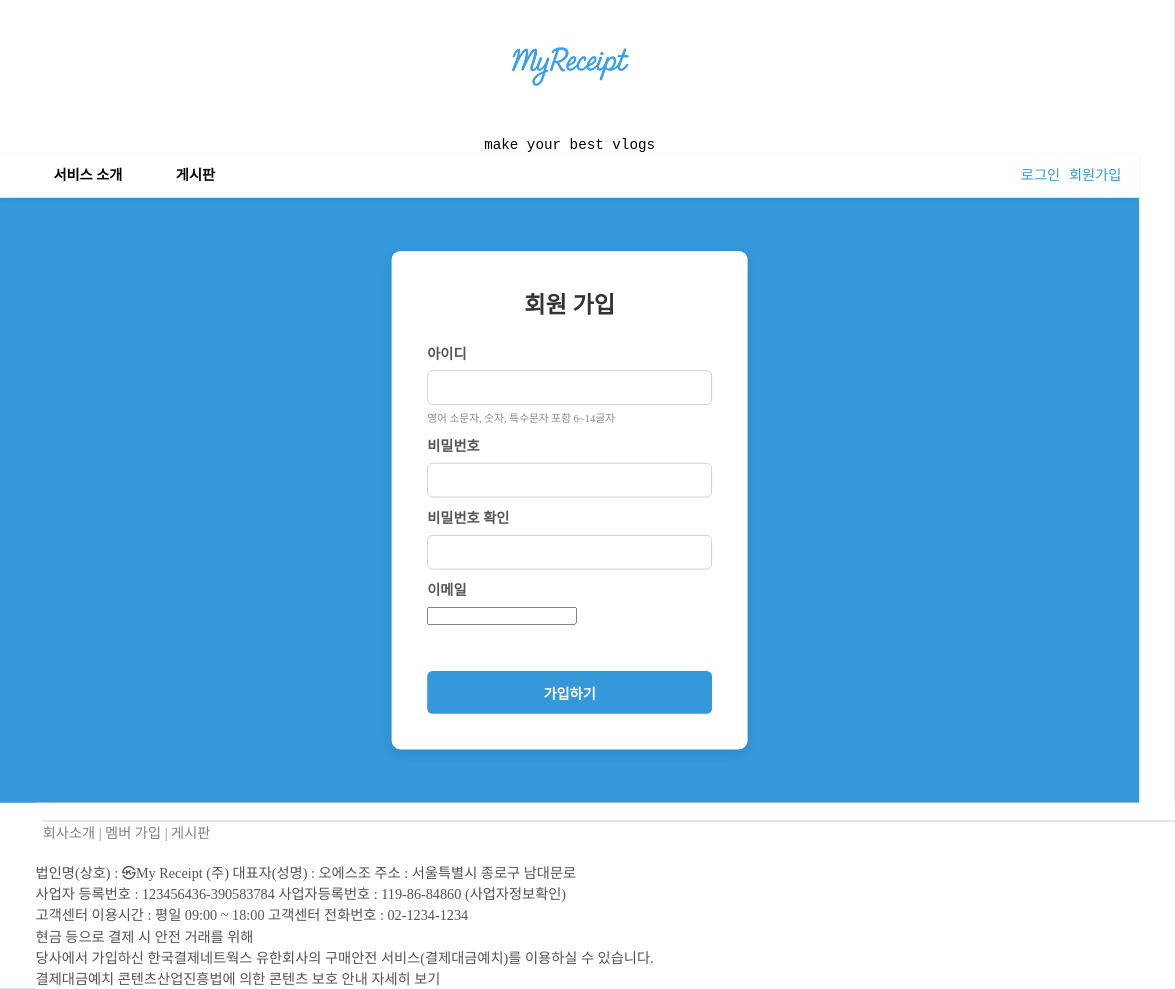
Repository: shong69/mini-project
Page: http://localhost/myReceipt2/signup
The author's editor kept a copy of each file at every save. The page is drawn from the files as they stood at one save, then again after the next save.
The browser window is 1280 px wide. The page is 1320 px wide, so the pictures cover 1320 px, including what lies to the right of the window. The pictures show the whole page, at 89% of full size.
Some web fonts or font styles are not loaded; a fallback is used. The page is served by Tomcat 10. Other server files are loaded and not shown.

Above is the page before, as saved 2025-05-06 21:05:41.

### jspProject/myReceipt2/src/main/webapp/WEB-INF/views/sign.jsp
<%@ page language="java" contentType="text/html; charset=UTF-8"
    pageEncoding="UTF-8"%>
<!DOCTYPE html>
<html>
<head>
<meta charset="UTF-8">
<title>Sign up</title>
<link rel="stylesheet" type="text/css" href="resources/css/main.css">
<style>
/* 전체 폼 컨테이너 스타일 */
.signup-form {
    width: 100%;
    max-width: 400px;
    margin: 60px auto;
    padding: 40px;
    background-color: #fff;
    border-radius: 10px;
    box-shadow: 0 4px 12px rgba(0, 0, 0, 0.1);
    box-sizing: border-box;
    font-family: 'Segoe UI', sans-serif;
}

/* 제목 */
.signup-form h2 {
    font-size: 26px;
    margin-bottom: 25px;
    color: #333;
    text-align: center;
}

/* 라벨용 p 태그 */
.signup-form p {
    margin: 10px 0 5px;
    font-weight: bold;
    color: #555;
}

/* 입력창 */
.signup-form input[type="text"],
.signup-form input[type="password"]{
    width: 100%;
    padding: 10px;
    margin-top: 3px;
    border: 1px solid #ccc;
    border-radius: 6px;
    font-size: 15px;
    box-sizing: border-box;
    transition: border 0.3s;
}

.signup-form input:focus {
    border-color: #3498db;
    outline: none;
}

/* 메시지 출력용 span */
.signup-form span {
    display: block;
    margin-top: 5px;
    font-size: 12px;
    color: #888;
}

/* 메시지 강조 색 (비밀번호 불일치 등) */
#pwMessage, #nameMessage, #idMsg {
    font-size: 12px;
}

/* 버튼 스타일 */
.signup-form button {
    width: 100%;
    padding: 12px;
    margin-top: 25px;
    background-color: #3498db;
    color: white;
    border: none;
    border-radius: 6px;
    font-size: 16px;
    font-weight: bold;
    cursor: pointer;
    transition: background-color 0.3s;
}

.signup-form button:hover {
    background-color: #2980b9;
}

</style>
<script type="text/javascript" src="resources/js/jquery-3.1.1.min.js"></script>
<script>
$(function() {
    const idPattern = /^[a-z0-9!@#$%^&*]{6,14}$/;

    // 아이디 검사
    $('#inputId').on('keyup', function() {
        const id = $(this).val().trim();
        if (!idPattern.test(id)) {
            $('#idMsg').css('color', 'red').text("유효하지 않은 아이디입니다.");
        } else {
            $('#idMsg').css('color', 'green').text("사용 가능한 아이디입니다.");
        }
    });

    // 비밀번호 일치 검사
    $('#inputPw2').on('keyup', function() {
        const pw = $('#inputPw').val();
        const pw2 = $(this).val();
        if (pw !== pw2) {
            $('#pwMessage').css('color', 'red').text("비밀번호가 일치하지 않습니다.");
        } else {
            $('#pwMessage').css('color', 'green').text("비밀번호 일치!");
        }
    });

    // 이메일 패턴 확인
    const emailPattern = /^[^\s@]+@[^\s@]+\.[^\s@]+$/;
    $('#inputEmail').on('keyup', function() {
    	const email = $(this).val().trim();
        if (!emailPattern.test(email)) {
            $('#emailMessage').css('color', 'red').text("이메일 형식이 올바르지 않습니다.");
        } else {
            $('#emailMessage').css('color', 'green').text("올바른 이메일입니다.");
        }
    });

    // 최종 제출 시 한 번 더 확인
    $('.signup-form').on('submit', function(e) {
        if (
            !idPattern.test($('#inputId').val().trim()) ||
            $('#inputPw').val() !== $('#inputPw2').val() ||
            !emailPattern.test($('#inputEmail').val().trim())
        ) {
            alert("입력값을 다시 확인해주세요.");
            e.preventDefault();
        }
    });
});
</script>
</head>
<body>
	<jsp:include page="/WEB-INF/views/common/header.jsp"></jsp:include>
	<main>
		<form action= "/signup" method="post" class="signup-form">
			<h2>회원 가입</h2>
			<p>아이디</p>
			<input type="text" name="inputId" id="inputId" autocomplete="off" required>
			<span id="idMsg">영어 소문자, 숫자, 특수문자 포함 6~14글자</span>

			<p>비밀번호</p>
			<input type="password" name="inputPw" id="inputPw" required>

			<p>비밀번호 확인</p>
			<input type="password" name="inputPw2" id="inputPw2" required>
			<span id="pwMessage"></span>

			<p>이메일</p>
			<input type="email" name="inputEmail" id="inputEmail" required>
			<span id="emailMessage"></span>
			<br>

			<button>가입하기</button>

		</form>
	</main>
	<jsp:include page="/WEB-INF/views/common/footer.jsp"></jsp:include>
</body>
</html>

### jspProject/myReceipt2/src/main/webapp/WEB-INF/views/common/header.jsp
<%@ page language="java" contentType="text/html; charset=UTF-8"
    pageEncoding="UTF-8"%>
<%@ taglib prefix="c" uri="http://java.sun.com/jsp/jstl/core" %>
	<div id="header">
		<a href="/myReceipt2/index"><img src="resources/imgs/logo.png" style="width:150px;"/></a>
		<p style="font-family: 'Courier New', Courier, monospace;">make your best vlogs</p>
	</div>
	<div id="nav-bar">
		<div id="menu">
			<a href="/myReceipt2/intro">서비스 소개</a>
			<a href="/myReceipt2/board">게시판</a>
		</div>
		<div id="loginSt">
			<c:choose>
				<c:when test="${not empty sessionScope.loginMember}">
					<p>${sessionScope.loginMember.nickName}님이 로그인 중</p>
					<a href="/myReceipt2/logout">로그아웃</a>

				</c:when>
				<c:otherwise>
					<a href="/myReceipt2/login">로그인</a>
					<a href="/myReceipt2/signup">회원가입</a>
				</c:otherwise>
			</c:choose>
		</div>

	</div>

### jspProject/myReceipt2/src/main/webapp/WEB-INF/views/common/footer.jsp
<%@ page language="java" contentType="text/html; charset=UTF-8"
    pageEncoding="UTF-8"%>
	<footer class="footer">
	    <section>
	        <div class="footer-nav">
	            <a href="/">회사소개 |</a>
	            <a href="/signup">멤버 가입 |</a>
	            <a href="/">게시판</a>
	        </div>
	    </section>
	    <section>
	        <div>
	            법인명(상호) : ㉿My Receipt (주) 대표자(성명) : 오에스조 주소 : 서울특별시 종로구 남대문로 <br>
	            사업자 등록번호 : 123456436-390583784  사업자등록번호 : 119-86-84860 (사업자정보확인)<br>
	            고객센터 이용시간 : 평일 09:00 ~ 18:00  고객센터 전화번호 : 02-1234-1234
	        </div>

	        <div>
	            현금 등으로 결제 시 안전 거래를 위해<br>
	            당사에서 가입하신 한국결제네트웍스 유한회사의 구매안전 서비스(결제대금예치)를 이용하실 수 있습니다.<br>
	            결제대금예치 콘텐츠산업진흥법에 의한 콘텐츠 보호 안내 자세히 보기
	        </div>
	    </section>
	</footer>

### jspProject/myReceipt2/src/main/java/com/project/jsp/controller/SignController.java
package com.project.jsp.controller;

import java.io.IOException;

import com.project.jsp.model.service.MemberService;

import jakarta.servlet.ServletException;
import jakarta.servlet.http.HttpServlet;
import jakarta.servlet.http.HttpServletRequest;
import jakarta.servlet.http.HttpServletResponse;

public class SignController extends HttpServlet{
	@Override
	protected void doGet(HttpServletRequest req, HttpServletResponse resp) throws ServletException, IOException {
		req.getRequestDispatcher("/WEB-INF/views/sign.jsp").forward(req, resp);
	}
	@Override
	protected void doPost(HttpServletRequest req, HttpServletResponse resp) throws ServletException, IOException {
		String nickName = req.getParameter("inputId");
		String pw = req.getParameter("inputPw");
		String email = req.getParameter("inputEmail");

		MemberService service = new MemberService();

		int result = service.signup(nickName, pw, email);

		if(result==1) {
			//성공
			resp.sendRedirect(req.getContextPath() + "/login");
		}else if(result==2) {
			//중복 실패
	        req.setAttribute("message", "아이디 또는 이메일이 이미 존재합니다.");
	        req.getRequestDispatcher("/WEB-INF/views/signup.jsp").forward(req, resp);
		}else {
			//실패
	        req.setAttribute("message", "회원가입에 실패했습니다. 다시 시도해주세요.");
	        req.getRequestDispatcher("/WEB-INF/views/signup.jsp").forward(req, resp);
		}

	}
}

### jspProject/myReceipt2/src/main/webapp/resources/css/main.css
* {
	box-sizing: border-box;
	padding: 0;
	margin: 0;
	font-family: 'main';
}
/* 메인 폰트 */
@font-face {
	font-family: 'main';
	src:
		url('https://fastly.jsdelivr.net/gh/Project-Noonnu/noonfonts_2107@1.1/Pretendard-Regular.woff')
		format('woff');
	font-style: normal;
	font-weight: 400;
}

/*header*/
#header {
	width: 100%;
	text-align: center;
}

#header>div:first-child {
	margin-bottom: 15px;
}

#nav-bar {
	line-height: 50px;
	height: 50px;
	position: sticky;
	top: 0;
	left: 0;
	background-color: white;
	z-index: 1000;
	box-shadow: 0 2px 5px rgba(0, 0, 0, 0.1);
	display:flex;
	flex-direction:row;
}

#loginSt {
	margin-left:auto;
	margin-right:20px;
	display:flex;
	flex-direction:row;
}

#loginSt a {
	margin-left: 10px;
	color: #3498db;
	text-decoration: none;
}

#menu {
	margin-left:40px;
	display: flex;
	gap: 20px;
}

#menu a {
	text-decoration: none;
	color: black;
	font-weight: bold;
	padding: 0 20px;
	border-radius:15px;
	position: relative;
	overflow: hidden;
	transition: background-color 0.5s ease;
}

#menu a:hover {
	background-color: #335085;
	animation-duration: 2s;
	color: whitesmoke;
}

main {
	background-color: #3498db;
	display: flex;
	flex-direction: column;
	align-items: center;
	min-height:500px;
}

.section-title {
	font-size: 3.5rem;
	margin: 100px 0 70px 0;
}

#carousel {
	width: 90%;
	height: 300px;
	background-color: #ddd;
	margin-top: 20px;
}
/*footer*/
.footer {
	background-color: white;
	width: 100%;
	height: auto;
	display: flex;
	flex-direction: column;
	padding-top: 20px;
	margin: 0 40px;
}

.footer>section:first-child {
	border-top: 1px solid #c5c5c5;
	display: flex;
	flex-direction: row;
	margin-left: 8px;
}

.footer>section a {
	color: gray;
	text-decoration: none;
}

.footer>section:nth-child(2) {
	padding-top: 20px;
	color: rgb(83, 83, 83);
}

Loaded but not shown: jspProject/myReceipt2/src/main/webapp/resources/js/jquery-3.1.1.min.js (library)

After the next save:
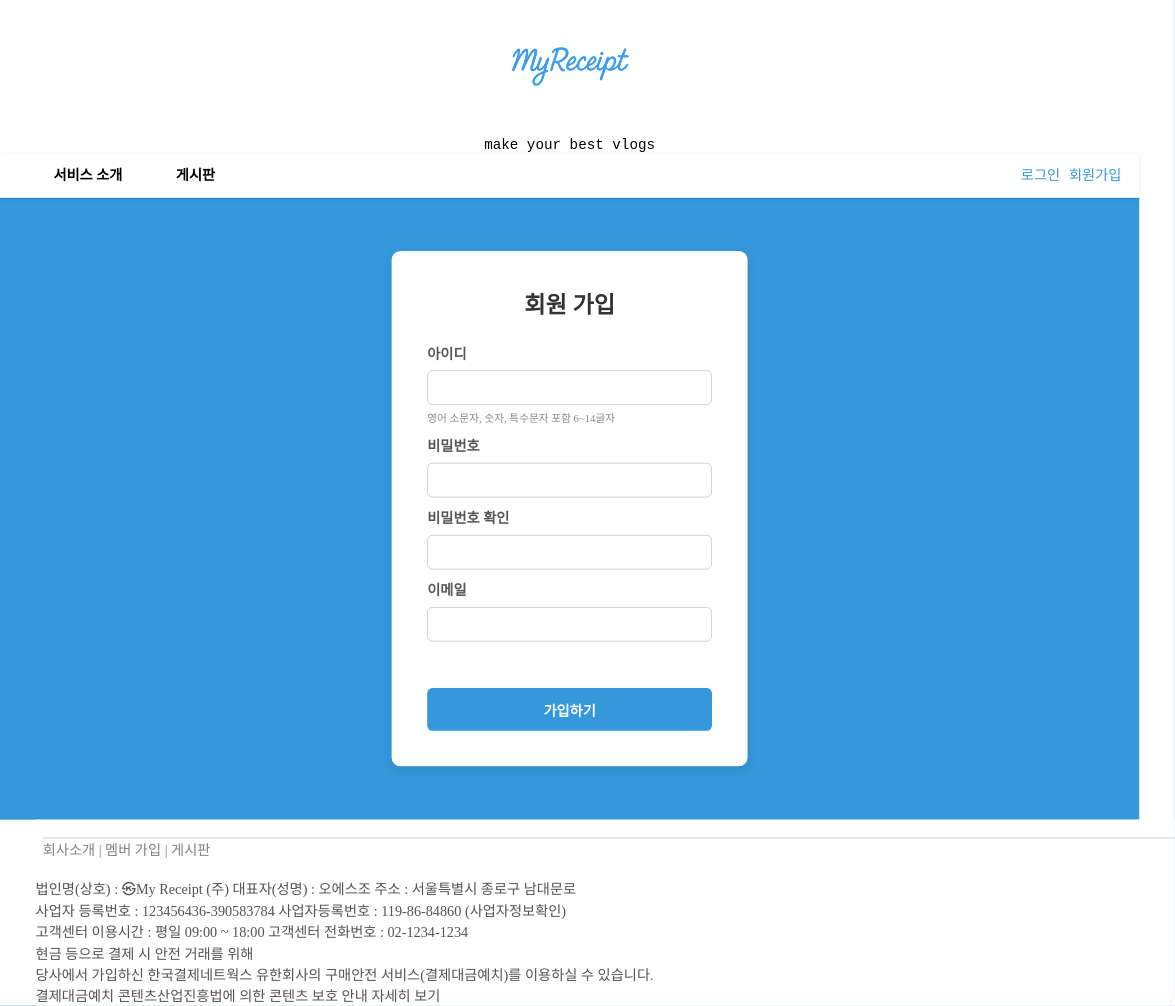
Saved 40 s later.
--- a/jspProject/myReceipt2/src/main/webapp/WEB-INF/views/sign.jsp
+++ b/jspProject/myReceipt2/src/main/webapp/WEB-INF/views/sign.jsp
@@ -37,7 +37,8 @@
 
 /* 입력창 */
 .signup-form input[type="text"],
-.signup-form input[type="password"]{
+.signup-form input[type="password"],
+.signup-form input[type="email"]{
     width: 100%;
     padding: 10px;
     margin-top: 3px;
